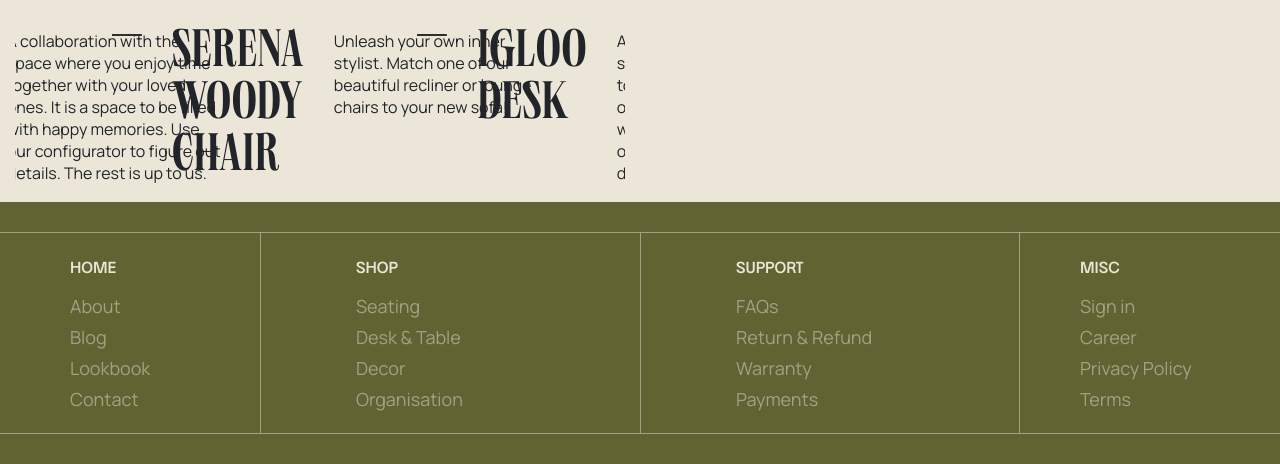
Repository: phannv411/etienne
Page: Lookbook Detail Demo.html
These files come from the project's save history. The page is drawn as it stood at one moment and after the next save; the edit follows.
The browser window is 1280 px wide. The pictures show the part of the page from y = 729 to 1193 px (the page is 1673 px tall).
A picture or video elsewhere on the page could not be fetched, so the positions and the page height are approximate.

Above is the page before, as saved 2022-10-08 02:47:14.
Console error: TypeError: Cannot read properties of null (reading 'value')

After the next save:
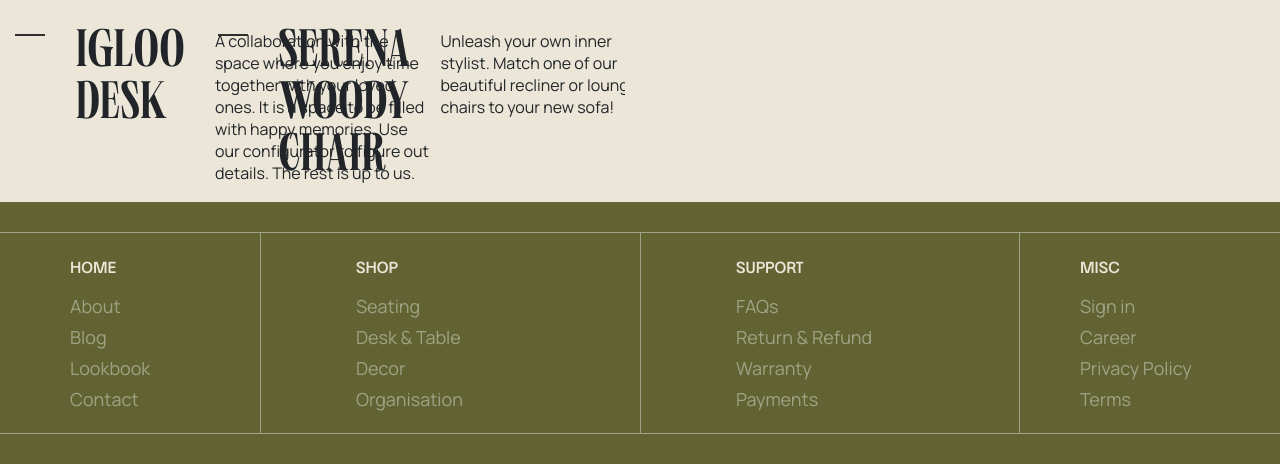
Saved 22 s later.
--- a/Lookbook Detail Demo.html
+++ b/Lookbook Detail Demo.html
@@ -29,34 +29,7 @@
     <script src="js/starter.js"></script>
     <script>
     $(document).ready(function(){
-      $(".owl-carousel").owlCarousel({
-        nav:true,
-        autoplay: true,
-        loop: true,
-        autoplayEachtime: 1500,
-        responsive:{
-          0:{
-            items: 1,
-            stagePadding: 60,
-          },
-          576:{
-            items: 1,
-            stagePadding: 105,
-          },
-          768:{
-            items: 1,
-            stagePadding: 200,
-          },
-          992:{
-            items: 1,
-            autoplayHoverPause: true,
-          },
-          1200:{
-            items: 2,
-            autoplayHoverPause: true,
-          },
-        }
-      })
+        $(".owl-carousel").owlCarousel();
     });
 
     </script>
